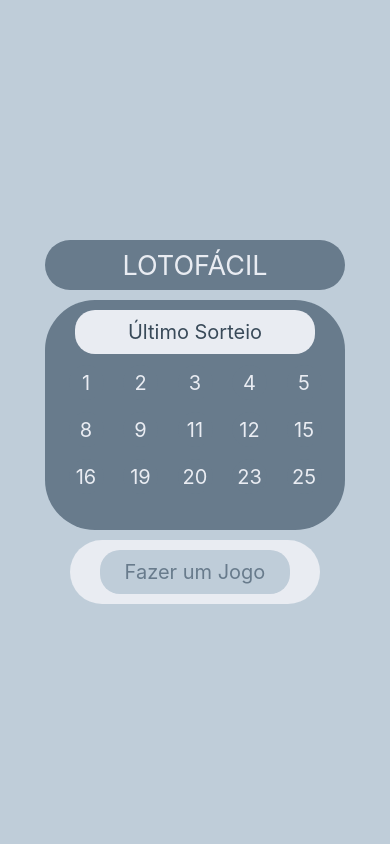
Repository: Deyvid-Kasteh/LotofacilApp
Screen: /
These files come from the project's save history. The screen is drawn as it stood at one moment and after a run of saves; the edit follows.
The app was drawn by React Native's web renderer in a window 390 px wide. The project was rebuilt for these pictures with package versions that can differ from the ones it lists, and the page was loaded fresh each time. Also part of the build but not shown: paginaTESTE.js.

Above is the screen before, as saved 2023-11-27 07:05:20.

After the next 3 saves:
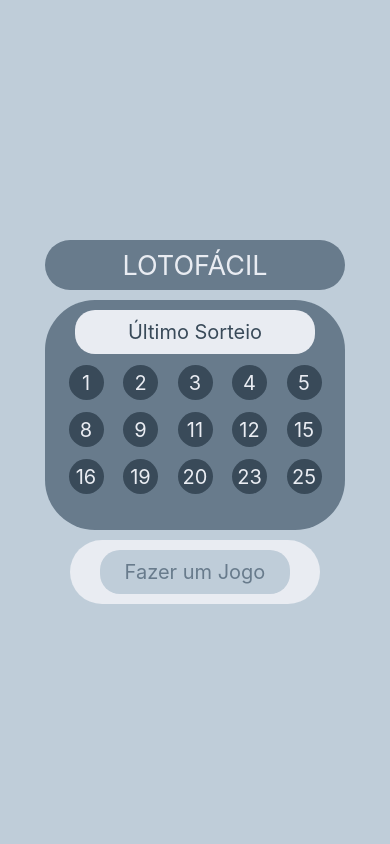
The 3 saves are shown as one change because they came seconds apart.
The last was saved 3 min 54 s later.
--- a/components/Bubble.js
+++ b/components/Bubble.js
@@ -7,10 +7,9 @@
       style={{
         width: 35,
         height: 35,
-        // backgroundColor: "#394A59",
-        backgroundColor: "#687B8C",
+        backgroundColor: "#394A59",
+        // backgroundColor: "#687B8C",
 
-        // backgroundColor: props.corDeFundo,
         borderRadius: 50,
         alignContent: "center",
         justifyContent: "center",
